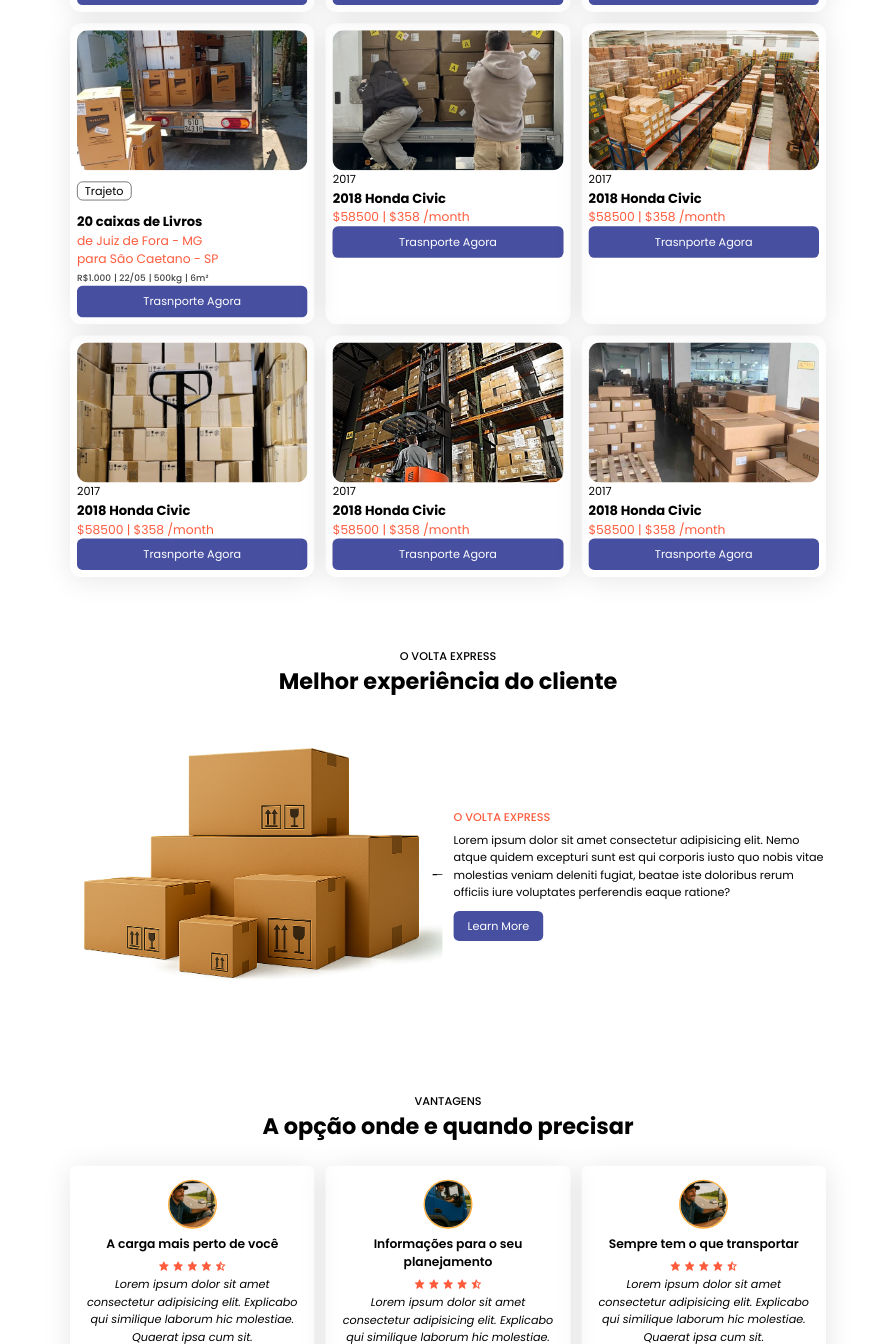
Repository: douglasabnovato/transportation
Page: index.html
An editor plug-in stored every save of this project. The page is shown before and after the next save, followed by the edit.
The browser window is 1280 px wide. The pictures show the part of the page from y = 1795 to 3715 px (the page is 4093 px tall before and 4178 px after), at 70% of full size.

Above is the page before, as saved 2025-05-19 01:27:18.

### index.html
<!DOCTYPE html>
<html lang="en">
  <head>
    <meta charset="UTF-8" />
    <meta name="viewport" content="width=device-width, initial-scale=1.0" />
    <title>Transportation</title>
    <link
      rel="stylesheet"
      href="https://cdn.jsdelivr.net/npm/boxicons@latest/css/boxicons.min.css"
    />
    <link rel="stylesheet" href="./style.css" />
  </head>
  <body>
    <!-- Header -->
    <header>
      <a href="#" class="logo"
        ><img
          src="./assets/images-t/transportar-caixas/caixas.png"
          alt="logo da car rental"
          srcset=""
      /></a>
      <div class="bx bx-menu" id="menu-icon"></div>
      <ul class="navbar">
        <li><a href="#home">Home</a></li>
        <li><a href="#ride">Transportar </a></li>
        <li><a href="#services">Serviços</a></li>
        <li><a href="#about">O Volta Express</a></li>
        <li><a href="#reviews">Vantagens</a></li>
      </ul>
      <div class="header-btn">
        <a href="#" class="sign-up">Sign Up</a>
        <a href="#" class="sign-in">Sign In</a>
      </div>
    </header>

    <!-- Home -->
    <section class="home" id="home">
      <div class="text">
        <h1>
          <span>Procurando</span> mercadorias <br />
          para transportar
        </h1>
        <p>
          Lorem ipsum dolor sit amet consectetur adi <br />
          pisicing elit. Explicabo esse non fugiat!
        </p>
        <div class="app-stores">
          <img src="./assets/ios.png" alt="" />
          <img src="./assets/play.png" alt="" />
        </div>
      </div>
      <div class="form-container">
        <form action="">
          <div class="input-box">
            <span>Location</span>
            <input type="search" name="" id="" placeholder="Search Places" />
          </div>
          <div class="input-box">
            <span>Pick-Up Date</span>
            <input type="date" name="" id="" />
          </div>
          <div class="input-box">
            <span>Return Date</span>
            <input type="date" name="" id="" />
          </div>
          <input type="submit" name="" id="" class="btn" />
        </form>
      </div>
    </section>

    <!-- Ride -->
    <section class="ride" id="ride">
      <div class="heading">
        <span>Como funciona</span>
        <h1>Transporte em 3 etapas fáceis</h1>
      </div>
      <div class="ride-container">
        <div class="box">
          <i class="bx bxs-map"></i>
          <h2>Escolha um local</h2>
          <p>
            Lorem ipsum dolor sit, amet consectetur adipisicing elit.
            Perspiciatis, impedit? Saepe quo quam numquam maxime?
          </p>
        </div>
        <div class="box">
          <i class="bx bxs-calendar-check"></i>
          <h2>Data de retirada</h2>
          <p>
            Lorem ipsum dolor sit, amet consectetur adipisicing elit.
            Perspiciatis, impedit? Saepe quo quam numquam maxime?
          </p>
        </div>
        <div class="box">
          <i class="bx bxs-calendar-star"></i>
          <h2>Reserve um espaço</h2>
          <p>
            Lorem ipsum dolor sit, amet consectetur adipisicing elit.
            Perspiciatis, impedit? Saepe quo quam numquam maxime?
          </p>
        </div>
      </div>
    </section>

    <!-- Services -->
    <section class="services" id="services">
      <div class="heading">
        <span>Melhores Serviços</span>
        <h1>
          Explore as Melhores Ofertas <br />
          dos Mais Bem Avaliados
        </h1>
      </div>
      <div class="services-container">
        <div class="box">
          <div class="box-img">
            <img
              src="./assets/images-t/transportar-caixas/caminhao-caixas-1.jpg"
              alt="car1"
            />
          </div>
          <p class="infos">Trajeto</p>
          <h3>20 caixas de Livros</h3>
          <h2>de Juiz de Fora - MG  </h2>
          <h2>para São Caetano - SP</h2>
          <p>
            <span> R$1.000</span>
            <span> | 22/05</span>
            <span> | 500kg</span>
            <span> | 6m²</span>
          </p>
          <a href="#" class="btn">Trasnporte Agora</a>
        </div>

        <div class="box">
          <div class="box-img">
            <img
              src="./assets/images-t/transportar-caixas/caminhao-caixas-2.jpg"
              alt="car1"
            />
          </div>
          <p class="infos">Trajeto</p>
          <h3>20 caixas de Livros</h3>
          <h2>de Juiz de Fora - MG  </h2>
          <h2>para São Caetano - SP</h2>
          <p>
            <span> R$1.000</span>
            <span> | 22/05</span>
            <span> | 500kg</span>
            <span> | 6m²</span>
          </p>
          <a href="#" class="btn">Trasnporte Agora</a>
        </div>

        <div class="box">
          <div class="box-img">
            <img
              src="./assets/images-t/transportar-caixas/caminhao-caixas-3.jpg"
              alt="car1"
            />
          </div>
          <p class="infos">Trajeto</p>
          <h3>20 caixas de Livros</h3>
          <h2>de Juiz de Fora - MG  </h2>
          <h2>para São Caetano - SP</h2>
          <p>
            <span> R$1.000</span>
            <span> | 22/05</span>
            <span> | 500kg</span>
            <span> | 6m²</span>
          </p>
          <a href="#" class="btn">Trasnporte Agora</a>
        </div>

        <div class="box">
          <div class="box-img">
            <img
              src="./assets/images-t/transportar-caixas/caminhao-caixas-4.jpg"
              alt="car1"
            />
          </div>
          <p class="infos">Trajeto</p>
          <h3>20 caixas de Livros</h3>
          <h2>de Juiz de Fora - MG  </h2>
          <h2>para São Caetano - SP</h2>
          <p>
            <span> R$1.000</span>
            <span> | 22/05</span>
            <span> | 500kg</span>
            <span> | 6m²</span>
          </p>
          <a href="#" class="btn">Trasnporte Agora</a>
        </div>

        <div class="box">
          <div class="box-img">
            <img
              src="./assets/images-t/transportar-caixas/caminhao-caixas-5.jpg"
              alt="car1"
            />
          </div>
          <p>2017</p>
          <h3>2018 Honda Civic</h3>
          <h2>$58500 | $358 <span> /month</span></h2>
          <a href="#" class="btn">Trasnporte Agora</a>
        </div>

        <div class="box">
          <div class="box-img">
            <img
              src="./assets/images-t/transportar-caixas/deposito-1.jpg"
              alt="car1"
            />
          </div>
          <p>2017</p>
          <h3>2018 Honda Civic</h3>
          <h2>$58500 | $358 <span> /month</span></h2>
          <a href="#" class="btn">Trasnporte Agora</a>
        </div>

        <div class="box">
          <div class="box-img">
            <img
              src="./assets/images-t/transportar-caixas/deposito-2.jpg"
              alt="car1"
            />
          </div>
          <p>2017</p>
          <h3>2018 Honda Civic</h3>
          <h2>$58500 | $358 <span> /month</span></h2>
          <a href="#" class="btn">Trasnporte Agora</a>
        </div>

        <div class="box">
          <div class="box-img">
            <img
              src="./assets/images-t/transportar-caixas/deposito-3.jpg"
              alt="car1"
            />
          </div>
          <p>2017</p>
          <h3>2018 Honda Civic</h3>
          <h2>$58500 | $358 <span> /month</span></h2>
          <a href="#" class="btn">Trasnporte Agora</a>
        </div>

        <div class="box">
          <div class="box-img">
            <img
              src="./assets/images-t/transportar-caixas/deposito-4.jpg"
              alt="car1"
            />
          </div>
          <p>2017</p>
          <h3>2018 Honda Civic</h3>
          <h2>$58500 | $358 <span> /month</span></h2>
          <a href="#" class="btn">Trasnporte Agora</a>
        </div>
      </div>
    </section>

    <!-- About -->
    <section class="about" id="about">
      <div class="heading">
        <span>O VOLTA EXPRESS</span>
        <h1>Melhor experiência do cliente</h1>
      </div>
      <div class="about-container">
        <div class="about-img">
          <img src="./assets/images-t/transportar-caixas/caixas.png" alt="" />
        </div>
        <div class="about-text">
          <span>O VOLTA EXPRESS</span>
          <p>
            Lorem ipsum dolor sit amet consectetur adipisicing elit. Nemo atque
            quidem excepturi sunt est qui corporis iusto quo nobis vitae
            molestias veniam deleniti fugiat, beatae iste doloribus rerum
            officiis iure voluptates perferendis eaque ratione?
          </p>
          <a href="#" class="btn">Learn More</a>
        </div>
      </div>
    </section>

    <!-- Reviews -->
    <section class="reviews" id="reviews">
      <div class="heading">
        <span>Vantagens</span>
        <h1>A opção onde e quando precisar</h1>
      </div>
      <div class="reviews-container">
        <div class="box">
          <div class="rev-img">
            <img
              src="./assets/images-t/caminhoneiro/caminhoneiro-1.png"
              alt=""
            />
          </div>
          <h2>A carga mais perto de você</h2>
          <div class="stars">
            <i class="bx bxs-star"></i>
            <i class="bx bxs-star"></i>
            <i class="bx bxs-star"></i>
            <i class="bx bxs-star"></i>
            <i class="bx bxs-star-half"></i>
          </div>
          <p>
            Lorem ipsum dolor sit amet consectetur adipisicing elit. Explicabo
            qui similique laborum hic molestiae. Quaerat ipsa cum sit.
          </p>
        </div>
        <div class="box">
          <div class="rev-img">
            <img
              src="./assets/images-t/caminhoneiro/caminhoneiro-2.png"
              alt=""
            />
          </div>
          <h2>Informações para o seu planejamento</h2>
          <div class="stars">
            <i class="bx bxs-star"></i>
            <i class="bx bxs-star"></i>
            <i class="bx bxs-star"></i>
            <i class="bx bxs-star"></i>
            <i class="bx bxs-star-half"></i>
          </div>
          <p>
            Lorem ipsum dolor sit amet consectetur adipisicing elit. Explicabo
            qui similique laborum hic molestiae. Quaerat ipsa cum sit.
          </p>
        </div>
        <div class="box">
          <div class="rev-img">
            <img
              src="./assets/images-t/caminhoneiro/caminhoneiro-1.png"
              alt=""
            />
          </div>
          <h2>Sempre tem o que transportar</h2>
          <div class="stars">
            <i class="bx bxs-star"></i>
            <i class="bx bxs-star"></i>
            <i class="bx bxs-star"></i>
            <i class="bx bxs-star"></i>
            <i class="bx bxs-star-half"></i>
          </div>
          <p>
            Lorem ipsum dolor sit amet consectetur adipisicing elit. Explicabo
            qui similique laborum hic molestiae. Quaerat ipsa cum sit.
          </p>
        </div>
      </div>
    </section>

    <!-- Newsletter -->
    <section class="newsletter">
      <h2>Subscribe To Newsletter</h2>
      <div class="box">
        <input type="text" placeholder="Enter Your E-mail ..." />
        <a href="#" class="btn">Subscribe</a>
      </div>
    </section>

    <!-- Copyright -->
    <div class="copyright">
      <p>&#169; @douglasabnovato All Right Reserved</p>
      <div class="social">
        <a href="#"><i class="bx bxl-facebook"></i></a>
        <a href="#"><i class="bx bxl-twitter"></i></a>
        <a href="#"><i class="bx bxl-instagram"></i></a>
      </div>
    </div>

    <!-- scrollreveal -->
    <script src="https://unpkg.com/scrollreveal"></script>

    <!-- Link to JS -->
    <script src="./script.js"></script>
  </body>
</html>

### style.css
@import url("https://fonts.googleapis.com/css2?family=Noto+Sans:ital,wght@0,100..900;1,100..900&family=Poppins:ital,wght@0,100;0,200;0,300;0,400;0,500;0,600;0,700;0,800;0,900;1,100;1,200;1,300;1,400;1,500;1,600;1,700;1,800;1,900&display=swap");

* {
  margin: 0;
  padding: 0;
  box-sizing: border-box;
  scroll-padding-top: 2rem;
  scroll-behavior: smooth;
  list-style: none;
  text-decoration: none;
  font-family: "Poppins", sans-serif;
}

:root {
  --main-color: #fe5b3d;
  --second-color: #ffac38;
  --text-color: #444;
  --gradient: linear-gradient(#fe5b3d, #ffac38);
}

html::-webkit-scrollbar {
  width: 0.5rem;
}

html::-webkit-scrollbar-track {
  background: transparent;
}

html::-webkit-scrollbar-thumb {
  background: var(--main-color);
  border-radius: 5rem;
}

section {
  padding: 50px 100px;
}

/* Header */

header {
  position: fixed;
  width: 100%;
  top: 0;
  right: 0;
  z-index: 1000;
  display: flex;
  align-items: center;
  justify-content: space-between;
  background: #eeeff1;
  padding: 15px 100px;
}

.logo img {
  width: 48px;
}

.navbar {
  display: flex;
}

.navbar li {
  position: relative;
}

.navbar a {
  font-size: 1rem;
  padding: 10px 20px;
  color: var(--text-color);
  font-weight: 500;
}

.navbar a:after {
  content: "";
  width: 0;
  height: 3px;
  background: var(--gradient);
  position: absolute;
  bottom: -4px;
  left: 0;
  transition: 0.5s;
}

.navbar a:hover::after {
  width: 100%;
}

#menu-icon {
  font-size: 24px;
  cursor: pointer;
  z-index: 10001;
  display: none;
}

.header-btn a {
  padding: 10px 20px;
  color: var(--text-color);
  font-weight: 500;
}

.header-btn .sign-in {
  background: #474fa0;
  color: #fff;
  border-radius: 0.5rem;
}

.header-btn .sign-in:hover {
  background: var(--main-color);
}

/* Home */
.home {
  width: 100%;
  min-height: 100vh;
  position: relative;
  background: url(./assets/images-t/transportar-caixas/banner-caixas.png);
  background-repeat: no-repeat;
  background-position: center right;
  background-size: cover;
  display: grid;
  align-items: center;
  grid-template-columns: repeat(2, 1fr);
}

.text h1 {
  font-size: 3.5rem;
  letter-spacing: 2px;
}

.text span {
  color: var(--main-color);
}

.text p {
  margin: 0.5rem 0 1rem;
}

.app-stores {
  display: flex;
}

.app-stores img {
  width: 100px;
  margin-right: 1rem;
  cursor: pointer;
}

.form-container form {
  display: flex;
  flex-wrap: wrap;
  align-items: center;
  gap: 1rem;
  position: absolute;
  bottom: 4rem;
  left: 100px;
  background: #fff;
  padding: 20px;
  border-radius: 0.5rem;
}

.input-box {
  flex: 1 1 7rem;
  display: flex;
  flex-direction: column;
}

.input-box span {
  font-weight: 500;
}

.input-box input {
  padding: 7px;
  outline: none;
  border: none;
  background: #eeeff1;
  border-radius: 0.5rem;
  font-size: 1rem;
}

.form-container form .btn {
  flex: 1 1 7rem;
  padding: 10px 34px;
  border: none;
  border-radius: 0.5rem;
  background: #474fa0;
  color: #fff;
  font-size: 1rem;
  font-weight: 500;
}

.form-container form .btn:hover {
  background: var(--main-color);
  cursor: pointer;
}

/* Ride */
.heading {
  text-align: center;
}

.heading span {
  font-weight: 500;
  text-transform: uppercase;
}

.heading h1 {
  font-size: 2rem;
}

.ride-container {
  display: grid;
  align-items: center;
  grid-template-columns: repeat(auto-fit, minmax(250px, auto));
  gap: 1rem;
  margin-top: 2rem;
}

.ride-container .box {
  text-align: center;
  padding: 20px;
}

.ride-container .box .bx {
  font-size: 34px;
  padding: 10px;
  background: #eeeff1;
  border-radius: 0.5rem;
  color: var(--main-color);
}

.ride-container .box h2 {
  font-size: 1.3rem;
  font-weight: 500;
  margin: 1.4rem 0 0.5rem;
}

.ride-container .box .bx:hover,
.ride-container .box .bx .bxs-calendar-star {
  background: var(--gradient);
  color: #fff;
}

/* Services */
.services-container {
  display: grid;
  grid-template-columns: repeat(auto-fit, minmax(300px, auto));
  gap: 1rem;
  margin-top: 2rem;
}

.services-container .box {
  padding: 10px;
  border-radius: 1rem;
  box-shadow: 1px 4px 41px rgba(0, 0, 0, 0.1);
}

.services-container .box .box-img {
  width: 100%;
  height: 200px;
}

.services-container .box .box-img img {
  width: 100%;
  height: 100%;
  border-radius: 1rem;
  object-fit: cover;
  object-position: center;
}

.services-container .box p.infos {
  padding: 0 10px;
  border: 1px solid var(--text-color);
  width: 78px;
  border-radius: 0.5rem;
  margin: 1rem 0 1rem;
}

.services-container .box h2 {
  font-size: 1.1rem;
  font-weight: 400;
  color: var(--main-color);
}

.services-container .box p span {
  font-size: 0.8rem;
  font-weight: 500;
  color: var(--text-color);
}

.services-container .box .btn {
  display: flex;
  justify-content: center;
  background: #474fa0;
  color: #fff;
  padding: 10px;
  border-radius: 0.5rem;
}

.services-container .box .btn:hover {
  background: var(--main-color);
}

/* About */
.about-container {
  display: grid;
  grid-template-columns: repeat(2, 1fr);
  margin-top: 2rem;
  align-items: center;
  gap: 1rem;
}

.about-img img {
  width: 100%;
}

.about-text span {
  font-weight: 500;
  color: var(--main-color);
  text-transform: uppercase;
}

.about-text p {
  margin: 0.5rem 0 1.4rem;
}

.about-text .btn {
  padding: 10px 20px;
  background: #474fa0;
  color: #fff;
  border-radius: 0.5rem;
}

.about-text .btn:hover {
  background: var(--main-color);
}

/* Review */
.reviews-container {
  display: grid;
  grid-template-columns: repeat(auto-fit, minmax(250px, auto));
  gap: 1rem;
  margin-top: 2rem;
}

.rev-img {
  width: 70px;
  height: 70px;
}

.rev-img img {
  width: 100%;
  height: 100%;
  border-radius: 50%;
  object-fit: cover;
  object-position: center;
  border: 2px solid var(--second-color);
}

.reviews-container .box {
  display: flex;
  flex-direction: column;
  align-items: center;
  text-align: center;
  padding: 20px;
  box-shadow: 1px 4px 41px rgba(0, 0, 0, 0.1);
  border-radius: 0.5rem;
}

.reviews-container .box h2 {
  font-size: 1.1rem;
  font-weight: 600;
  margin: 0.5rem 0 0.5rem;
}

.reviews-container .box p {
  font-style: italic;
}

.reviews-container .box .stars .bx {
  color: var(--main-color);
}

/* Newsletter */
.newsletter {
  background: linear-gradient(to top right, #fe5b3d, #ffac38);
  display: flex;
  flex-direction: column;
  align-items: center;
}

.newsletter h2 {
  color: #fff;
  font-size: 1.8rem;
}

.newsletter .box {
  margin-top: 1rem;
  background: #fff;
  border-radius: 0.5rem;
  padding: 4px 8px;
  width: 350px;
  display: flex;
  justify-content: space-between;
}

.newsletter .box input {
  border: none;
  outline: none;
}

.newsletter .box .btn {
  background: #474fa0;
  color: #fff;
  padding: 8px 20px;
  border-radius: 0.5rem;
}

/* Copyright */
.copyright {
  padding: 20px;
  display: flex;
  justify-content: space-between;
  align-items: center;
}

.social a {
  color: #444;
  padding: 10px;
  font-size: 21px;
  transition: font-size 2s;
}

.social a:hover {
  font-size: 24px;
  color: #fe5b3d;
}

/* Responsive */

@media screen and (max-width: 991px) {
  header {
    padding: 18px 40px;
  }
  section {
    padding: 80px 40px;
  }
}

@media screen and (max-width: 891px) {
  .home {
    background-position: left;
  }
  .form-container form {
    bottom: 0.2rem;
    left: 40px;
  }
}

@media screen and (max-width: 768px) {
  header {
    padding: 11px 40px;
  }

  #menu-icon {
    display: initial;
  }

  .sign-up {
    display: none;
  }

  .text h2 {
    font-size: 2.5rem;
  }

  .home {
    grid-template-columns: 1fr;
  }

  .form-container form {
    position: unset;
  }

  header .navbar {
    position: absolute;
    top: -500px;
    left: 0;
    right: 0;
    display: flex;
    flex-direction: column;
    background: #fff;
    box-shadow: 0 4px 4px rgba(0, 0, 0, 0.1);
    transition: 0.2 ease;
    text-align: left;
  }

  .navbar.active {
    top: 100%;
  }

  .navbar a {
    padding: 1rem;
    border-left: 2px solid var(--main-color);
    margin: 1rem;
    display: block;
  }

  .navbar a:hover {
    color: #fff;
    background: var(--main-color);
    border: none;
  }

  .navbar a::after {
    display: none;
  }

  .heading span {
    font-size: 0.9rem;
    font-weight: 600;
  }

  .heading h1 {
    font-size: 1.3rem;
  }

  .about-container {
    grid-template-columns: 1fr;
    text-align: center;
  }

  .about-img {
    padding: 1rem;
    order: 2;
  }
}

@media screen and (max-width: 568px) {
  .copyright {
    flex-direction: column;
  }

  .newsletter .box {
    width: 284px;
  }

  .form-container {
    padding-top: 2rem;
  }
}

@media screen and (max-width: 350px) {
  header {
    padding: 6px 14px;
  }

  .logo img {
    width: 30px;
  }

  section {
    padding: 50px 14px;
  }

  .header-btn .sign-in {
    padding: 7px 10px;
    font-size: 14px;
    font-weight: 400;
  }

  .text h1 {
    font-size: 2rem;
  }

  .services-container {
    grid-template-columns: repeat(auto-fit, minmax(254px, auto));
  }
}

Loaded but not shown: script.js (33 lines, source omitted)

After the next save:
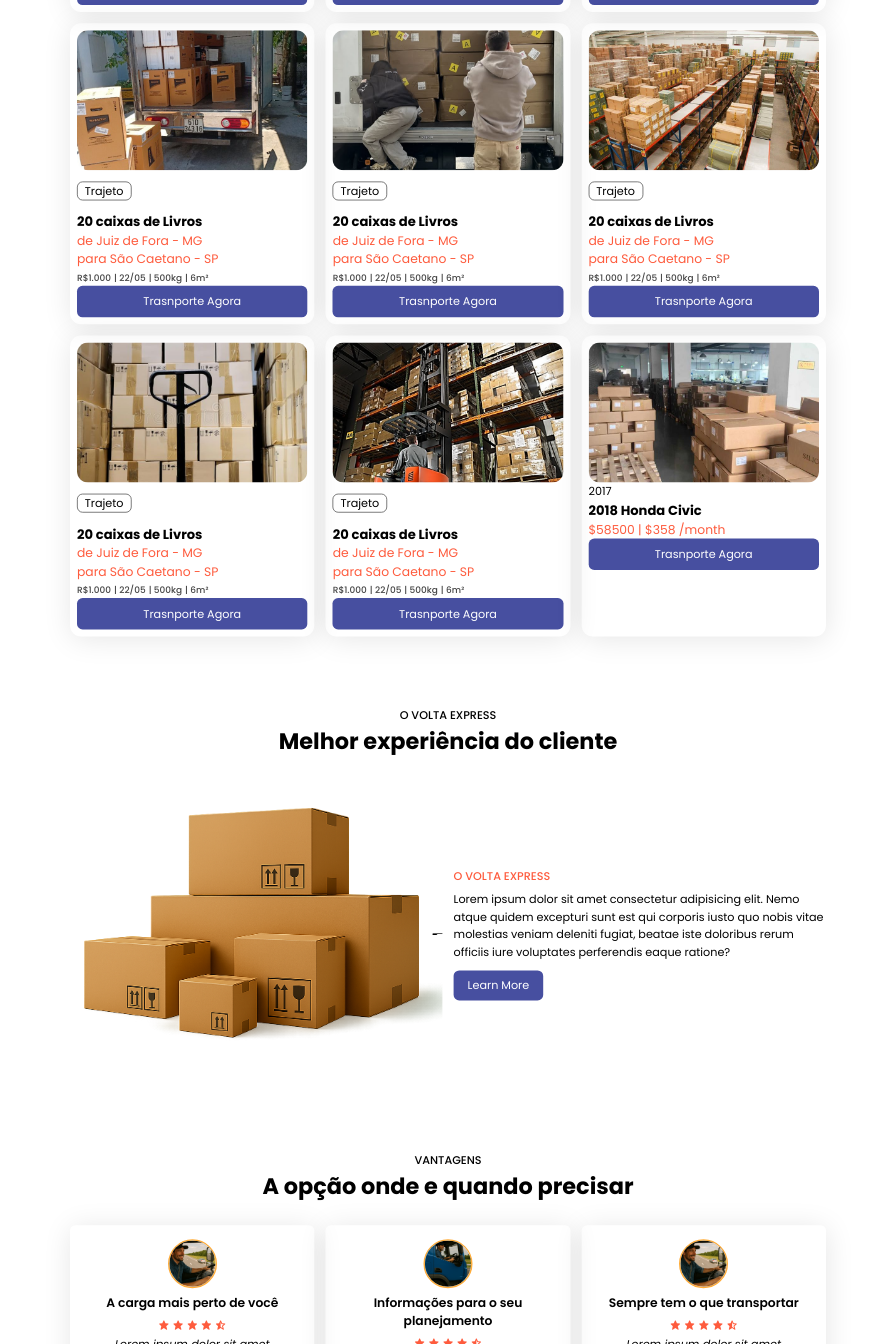
Saved 36 s later.
--- a/index.html
+++ b/index.html
@@ -199,9 +199,16 @@
               alt="car1"
             />
           </div>
-          <p>2017</p>
-          <h3>2018 Honda Civic</h3>
-          <h2>$58500 | $358 <span> /month</span></h2>
+          <p class="infos">Trajeto</p>
+          <h3>20 caixas de Livros</h3>
+          <h2>de Juiz de Fora - MG  </h2>
+          <h2>para São Caetano - SP</h2>
+          <p>
+            <span> R$1.000</span>
+            <span> | 22/05</span>
+            <span> | 500kg</span>
+            <span> | 6m²</span>
+          </p>
           <a href="#" class="btn">Trasnporte Agora</a>
         </div>
 
@@ -212,9 +219,16 @@
               alt="car1"
             />
           </div>
-          <p>2017</p>
-          <h3>2018 Honda Civic</h3>
-          <h2>$58500 | $358 <span> /month</span></h2>
+          <p class="infos">Trajeto</p>
+          <h3>20 caixas de Livros</h3>
+          <h2>de Juiz de Fora - MG  </h2>
+          <h2>para São Caetano - SP</h2>
+          <p>
+            <span> R$1.000</span>
+            <span> | 22/05</span>
+            <span> | 500kg</span>
+            <span> | 6m²</span>
+          </p>
           <a href="#" class="btn">Trasnporte Agora</a>
         </div>
 
@@ -225,9 +239,16 @@
               alt="car1"
             />
           </div>
-          <p>2017</p>
-          <h3>2018 Honda Civic</h3>
-          <h2>$58500 | $358 <span> /month</span></h2>
+          <p class="infos">Trajeto</p>
+          <h3>20 caixas de Livros</h3>
+          <h2>de Juiz de Fora - MG  </h2>
+          <h2>para São Caetano - SP</h2>
+          <p>
+            <span> R$1.000</span>
+            <span> | 22/05</span>
+            <span> | 500kg</span>
+            <span> | 6m²</span>
+          </p>
           <a href="#" class="btn">Trasnporte Agora</a>
         </div>
 
@@ -238,9 +259,16 @@
               alt="car1"
             />
           </div>
-          <p>2017</p>
-          <h3>2018 Honda Civic</h3>
-          <h2>$58500 | $358 <span> /month</span></h2>
+          <p class="infos">Trajeto</p>
+          <h3>20 caixas de Livros</h3>
+          <h2>de Juiz de Fora - MG  </h2>
+          <h2>para São Caetano - SP</h2>
+          <p>
+            <span> R$1.000</span>
+            <span> | 22/05</span>
+            <span> | 500kg</span>
+            <span> | 6m²</span>
+          </p>
           <a href="#" class="btn">Trasnporte Agora</a>
         </div>
 
